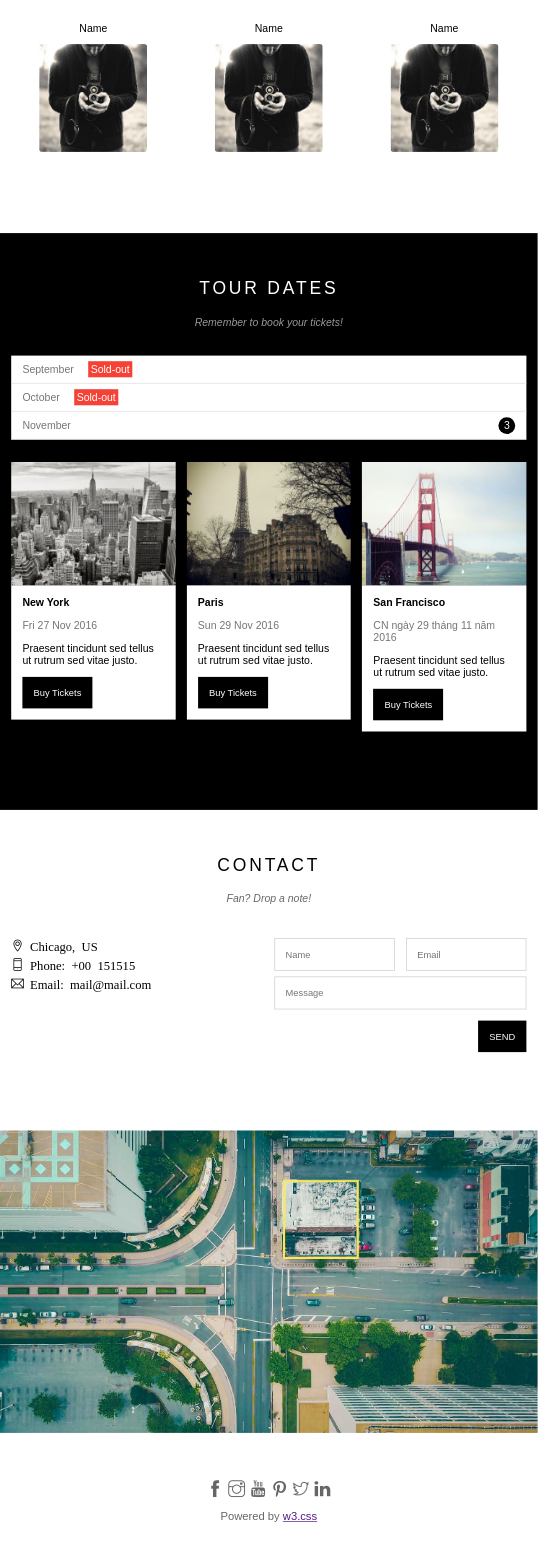
Repository: BillLee2000/w3-band
Page: index.html
These files come from the project's save history. The page is drawn as it stood at one moment and after the next save; the edit follows.
The browser window is 768 px wide. The pictures show the part of the page from y = 780 to 3020 px (the page is 3020 px tall), at 70% of full size.

Above is the page before, as saved 2021-12-17 06:44:54.

After the next save:
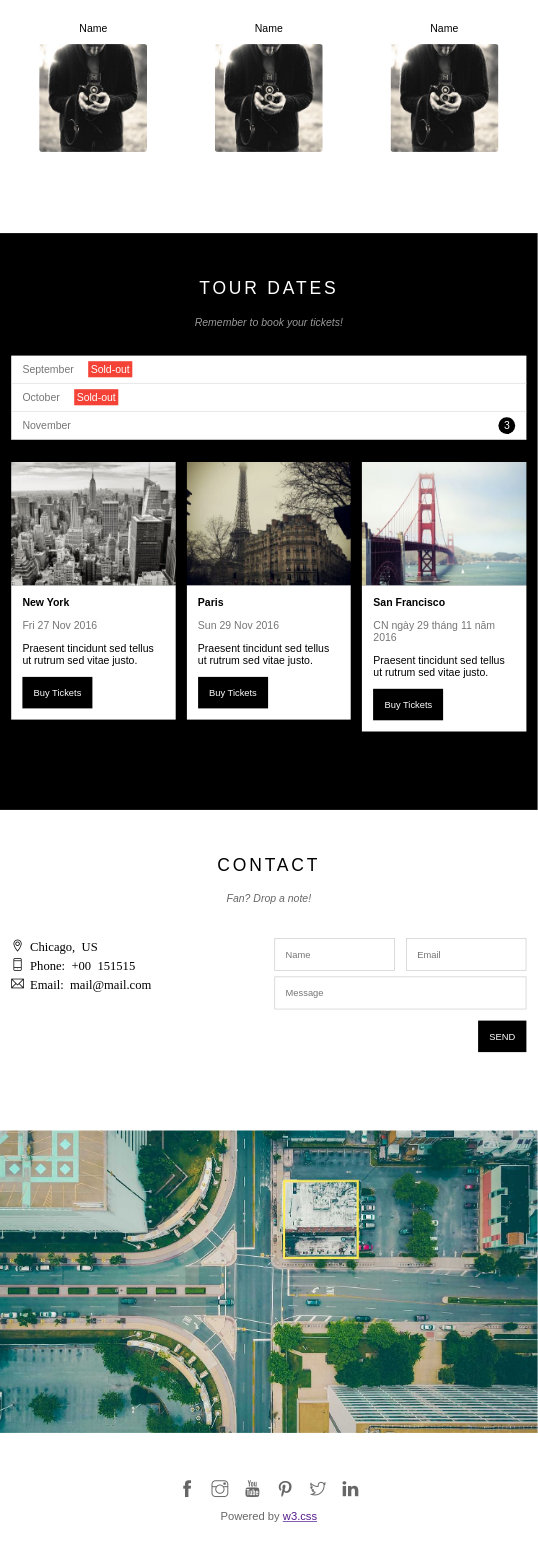
Saved 37 s later.
--- a/assets/css/responsive.css
+++ b/assets/css/responsive.css
@@ -11,6 +11,9 @@
     }
     .social-list {
         font-size: 48px;
+    }
+    .social-list a {
+        margin: 0 8px;
     }
 }
 
